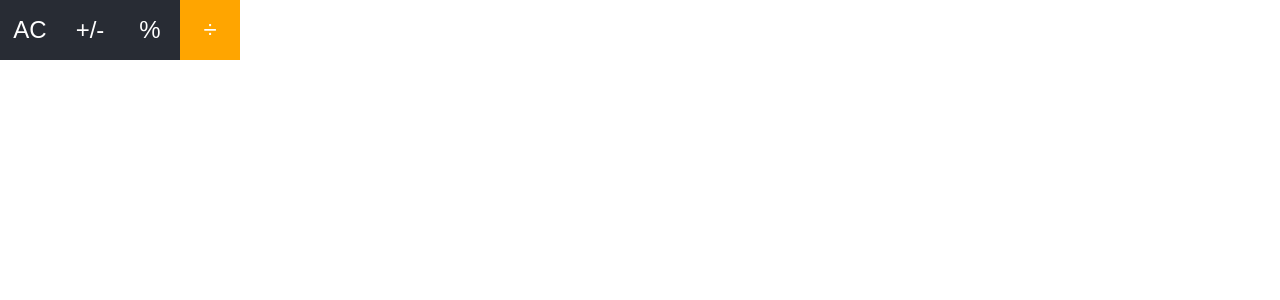
Repository: catsarenotreal/CalculatorWebApp
Page: /
The author's editor kept a copy of each file at every save. The page is drawn from the files as they stood at one save, then again after the next save.
The browser window is 1280 px wide. The pictures show the whole page.
The project was rebuilt for these pictures with package versions that can differ from the ones it lists, and the page was loaded fresh each time.

Above is the page before, as saved 2024-08-22 14:59:57.

### src/App.tsx
import React from 'react';
// import logo from './logo.svg';
import './App.css';

type Props = {
  val : string;
  colour : 'orange'|'darkgrey'|'lightgrey';
}

function DisplayScreen(){ // changes on click for = sign
  return <></>;
}

function Buttons(props : Props){

  const val = props.val;
  const colour = props.colour;


  function handleClick(){

  }

  return <button className = {`Buttons ${colour}`} onClick = {handleClick}>
    {val}
  </button>
}

export default function Calc() {
  return (
    <main>
      <div className = "row">
        {/* <DisplayScreen> </DisplayScreen> */}
      </div>
      <div className = "row">
        <Buttons val={'AC'} colour = 'darkgrey'/>
        <Buttons val={'+/-'} colour = 'darkgrey'/>
        <Buttons val={'%'} colour = 'darkgrey'/ >
        <Buttons val={'÷'} colour = 'orange' />
      </div>
      <div>

      </div>
    </main>

  );
}

### src/App.css
.App {
  text-align: center;
}

:root{

  --greyBG: grey;
  --darkGreyBG: rgb(46, 46, 46);
  --orangeBG: orange;

  --bgColour: if ('grey') var(--greyBG) else var(--orangeBG)


}

.App-logo {
  height: 40vmin;
  pointer-events: none;
}


.App-header {
  background-color: #282c34;
  min-height: 100vh;
  display: flex;
  flex-direction: column;
  align-items: center;
  justify-content: center;
  font-size: calc(10px + 2vmin);
  color: white;
}

.App-link {
  color: #61dafb;
}


.DisplayScreen {
  background-color: rgb(24, 24, 24);
  text-align: right;
}

.Buttons {
  text-align: center;
  box-shadow: none;
  border: 0;
  border-radius: 0;
  font-size: 1.5rem;
  color: white;
  height: 60px;
  width: 60px;
}

.Buttons.orange{
  background-color: orange;
}

.Buttons.lightgrey{
  background-color: #797979;
}

.Buttons.darkgrey{
  background-color:#282c34;
}






@keyframes App-logo-spin {
  from {
    transform: rotate(0deg);
  }
  to {
    transform: rotate(360deg);
  }
}

Loaded but not shown: public/index.html (common file); src/index.tsx (common file); src/index.css (common file); src/reportWebVitals.ts (common file)

After the next save:
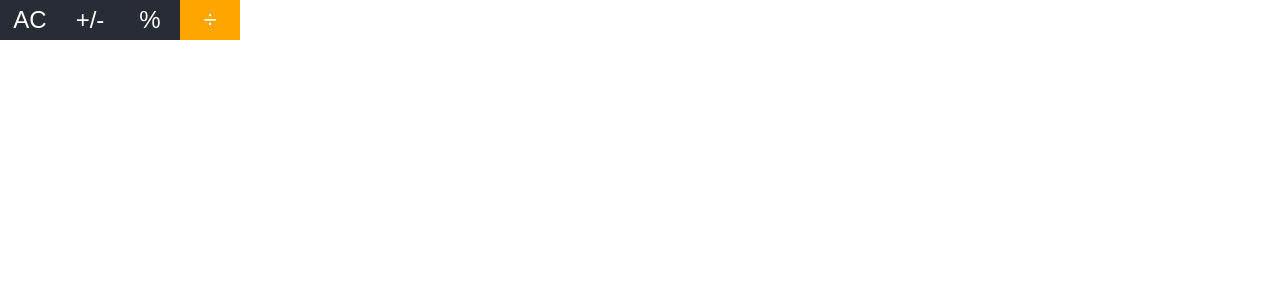
Saved 9 s later.
--- a/src/App.css
+++ b/src/App.css
@@ -47,7 +47,7 @@
   border-radius: 0;
   font-size: 1.5rem;
   color: white;
-  height: 60px;
+  height: 40px;
   width: 60px;
 }
 
